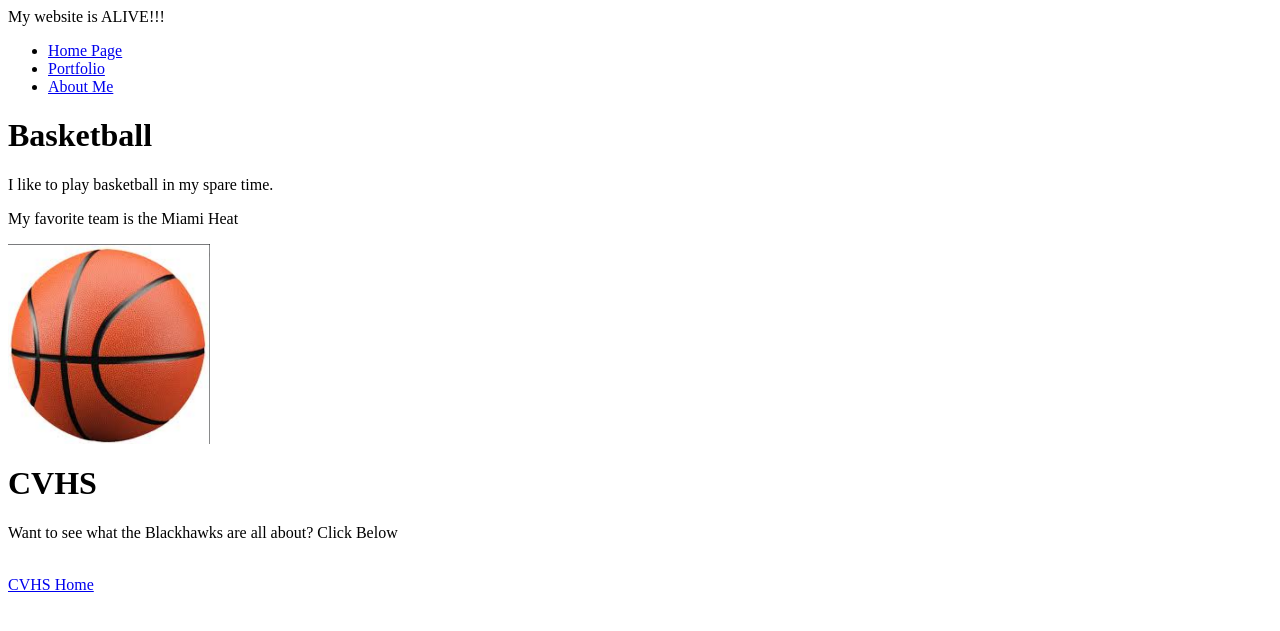
Repository: jacobhayman22/jacobhayman22.github.io
Page: about.html
The author's editor kept a record of every edit. The page is drawn from the files as they stood at one moment, then again after the next edit.
The browser window is 1280 px wide. The pictures show the whole page.

Above is the page before.

After the next edit:
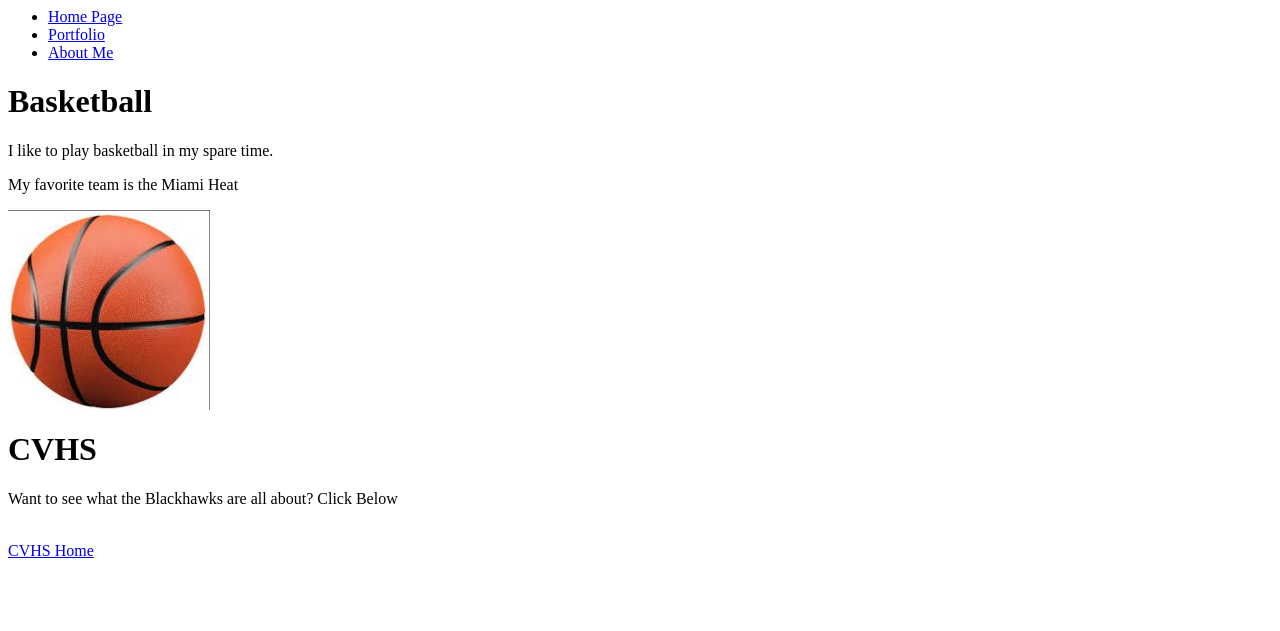
The edit:
--- a/about.html
+++ b/about.html
@@ -4,7 +4,6 @@
         <link rel="stylessheet" href="./styles/style.css"
     </head>
     <body>
-    <p>My website is ALIVE!!!</p>
     <ul>
         <li> <a href="index.html">Home Page</a></li>
         <li> <a href="portfolio.html">Portfolio</a></li>
